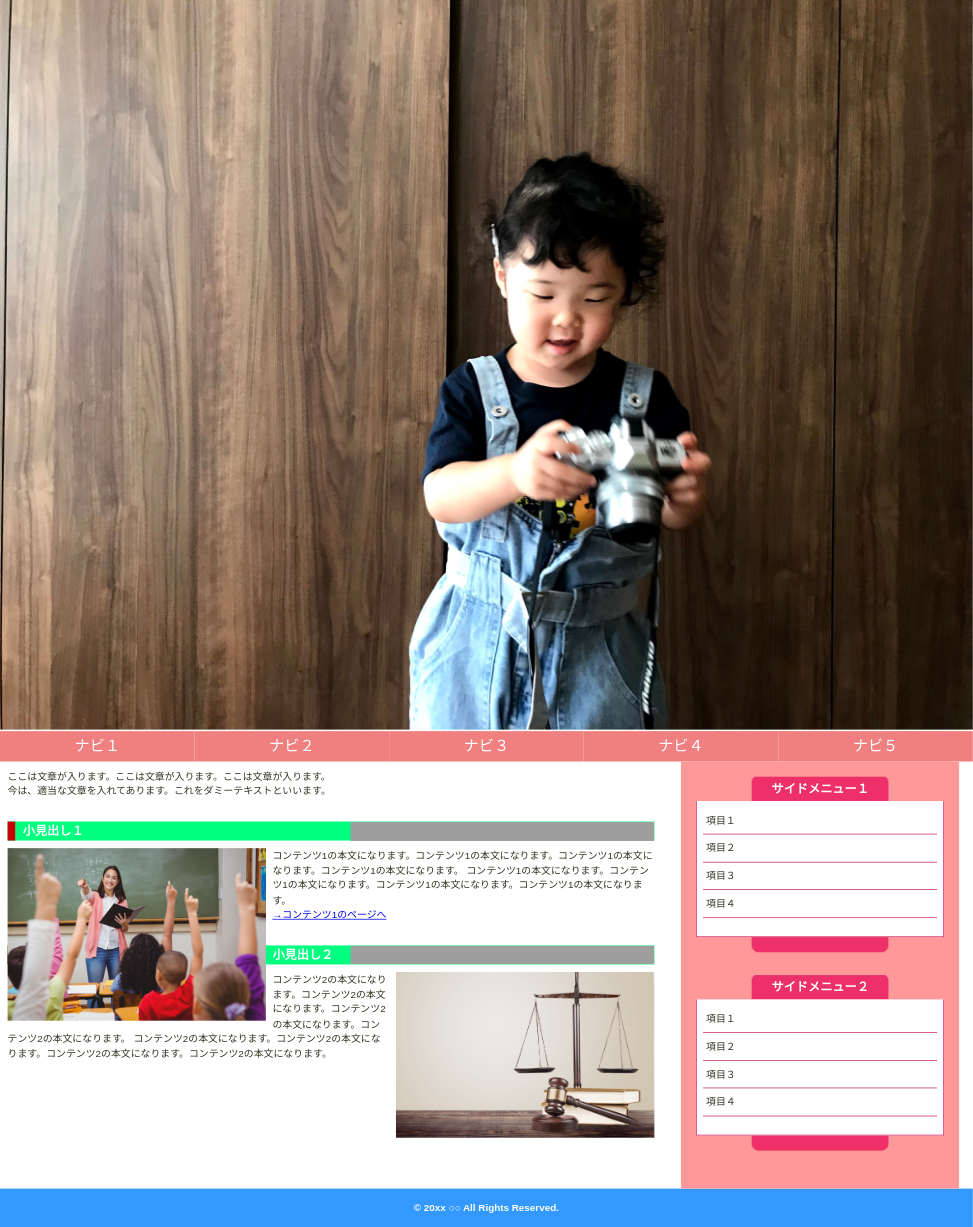
Repository: yutakakoyama/samurai_HTML-CSS
Page: home.html
The author's editor kept a record of every edit. The page is drawn from the files as they stood at one moment, then again after the next edit.
The browser window is 1280 px wide. The pictures show the whole page, at 76% of full size.
Pictures or frames that could not be fetched are drawn as grey boxes.

Above is the page before.

After the next edit:
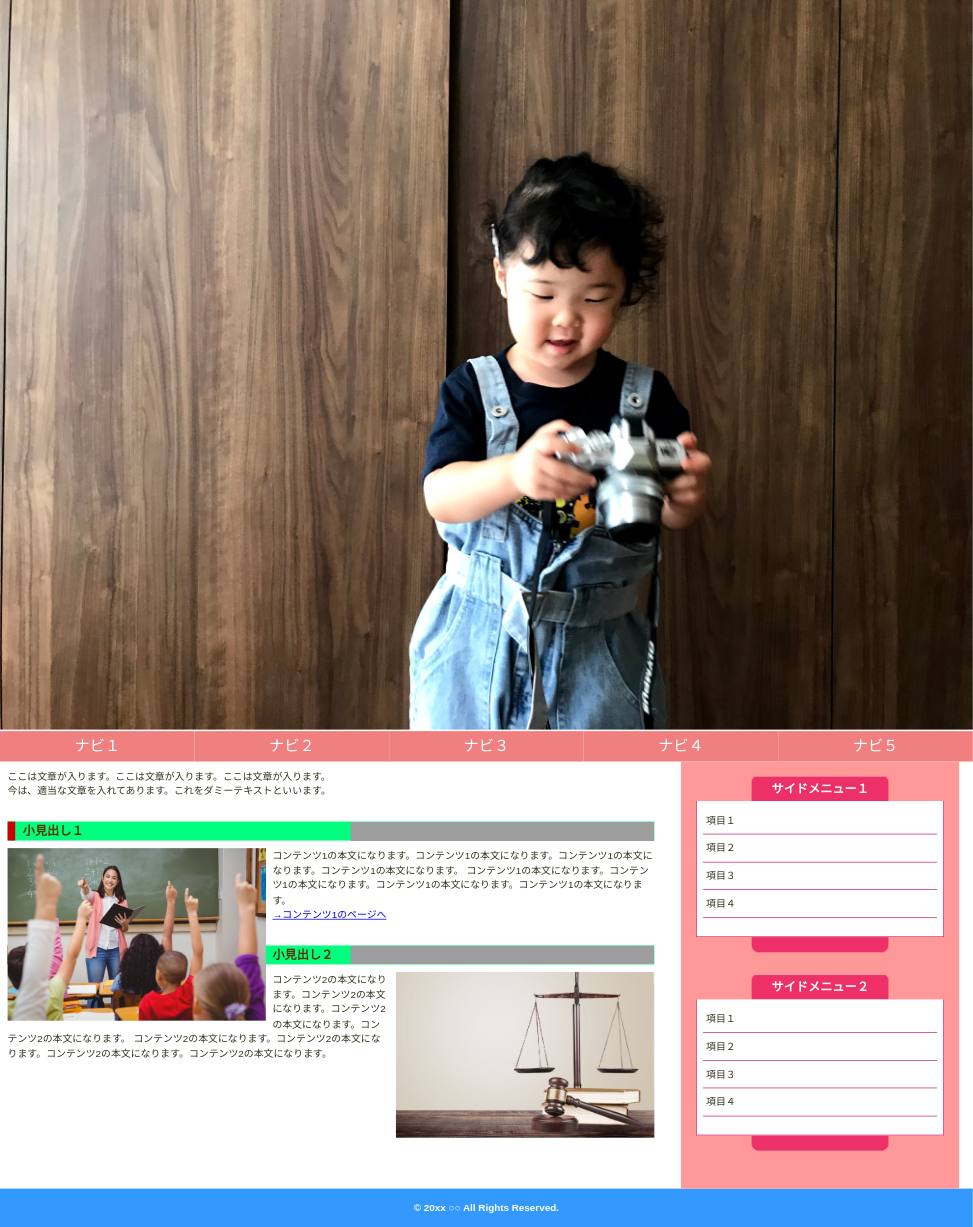
The edit:
--- a/stylesheet.css
+++ b/stylesheet.css
@@ -91,7 +91,7 @@
  #main h2 {
      margin: 0 0 10px 0;
      padding: 3px 10px 3px 10px;
-     color: #FFF;
+     color: #663300;
      font-size: 16px;
      border-left: solid 10px #C00;
      background: #00ff7f url(../images/main_h2.jpg) right top repeat-y;
